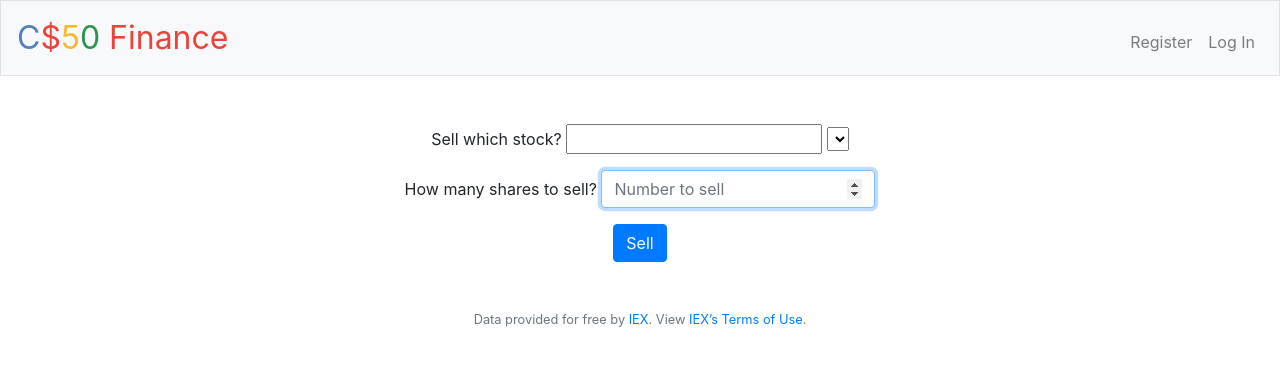
Repository: Mackeyrw/gitTest-CS50
Page: pset8/finance/templates/sell.html
The author's editor kept a record of every edit. The page is drawn from the files as they stood at one moment, then again after the next edit.
The browser window is 1280 px wide. The pictures show the whole page.
The template is drawn by Flask 3. The application's start-up code is not run. The template is opened directly, without the code that normally fills it, so the values that code supplies are empty.

Above is the page before.

After the next edit:
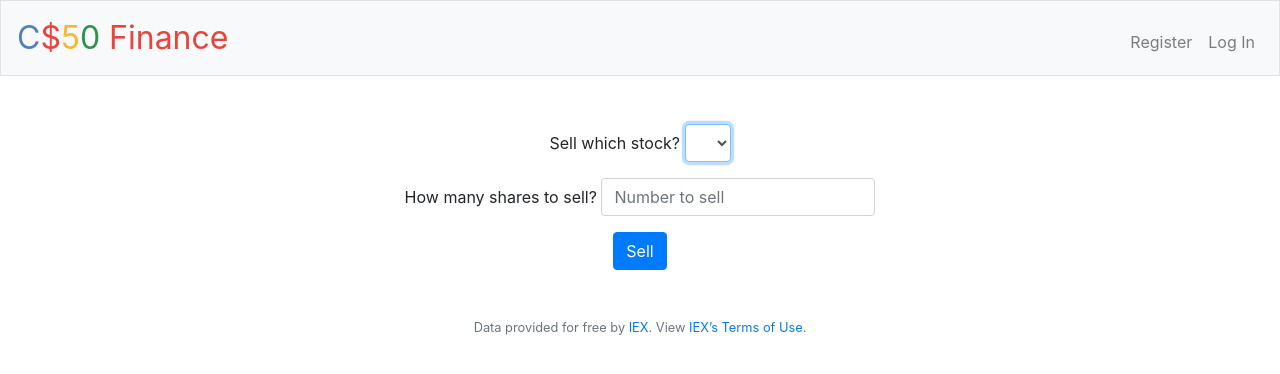
The edit:
--- a/pset8/finance/templates/sell.html
+++ b/pset8/finance/templates/sell.html
@@ -8,9 +8,7 @@
     <form action="/sell" method="post">
         <div class="form-group">
             Sell which stock?
-
-            <input type="text" list="symbol" name="symbol">
-            <select id="symbol">
+            <select autocomplete="off" autofocus class="form-control" name="symbol" type="text" >
                 {% for row in rows %}
                 <option value="NKE">NKE</option>
                 {% endfor %}
